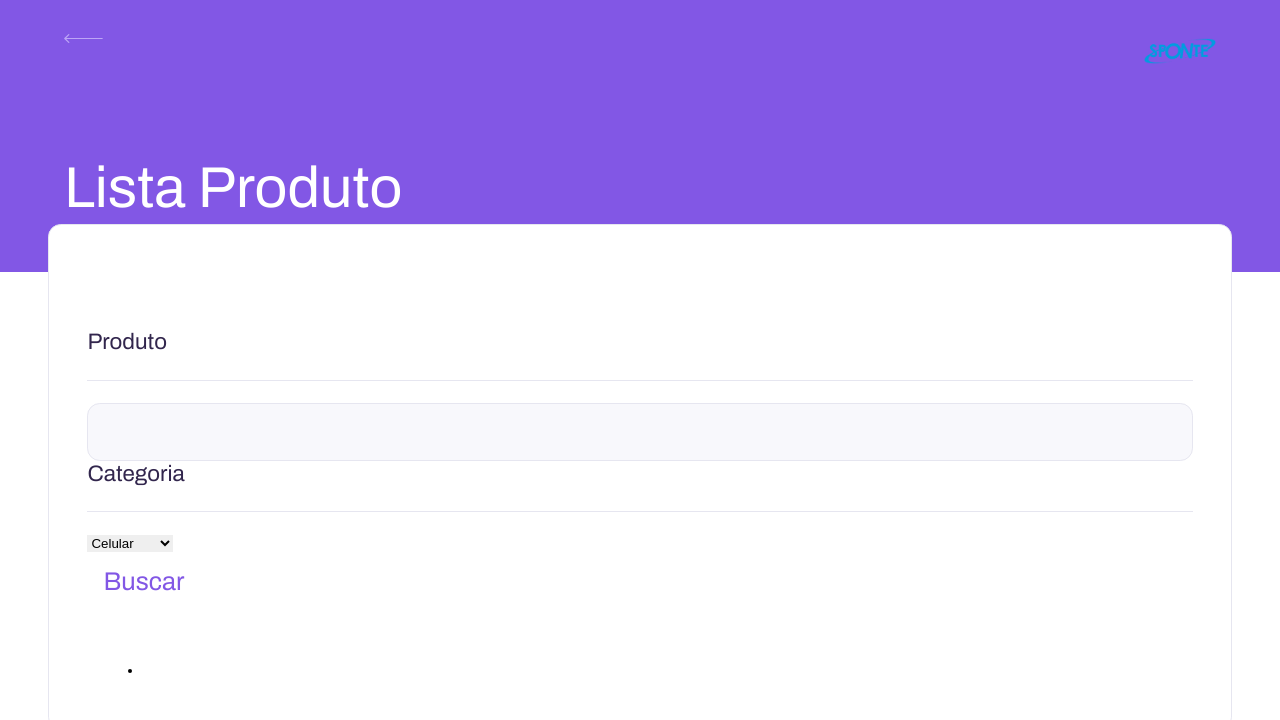
Repository: Henrique-Hoi-Dev/avalia-o-front-end
Page: /list (app in web/)
These files come from the project's save history. The page is drawn as it stood at one moment and after the next save; the edit follows.
The browser window is 1280 px wide. The pictures show the whole page.
An inner scrolling area shows only its first screen. The project was rebuilt for these pictures with package versions that can differ from the ones it lists, and the page was loaded fresh each time. Also part of the build but not shown: web/src/pages/Home/styles.js, web/src/pages/Home/index.js, web/src/pages/RegistrationProduct/styles.js, web/src/components/HeaderRecord/styles.js, web/src/components/HeaderRecord/index.js, web/src/pages/RegistrationProduct/index.js.

Above is the page before, as saved 2020-09-01 20:45:22.

After the next save:
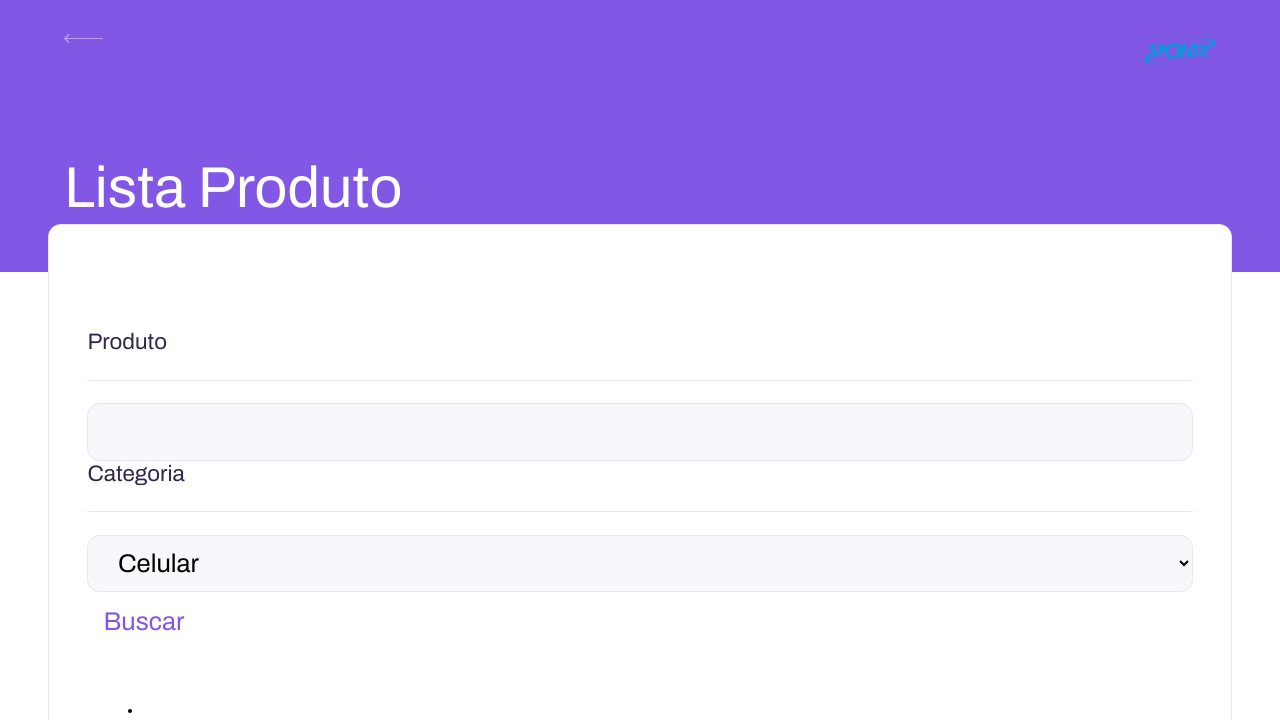
Saved 5 s later.
--- a/web/src/pages/ListProduct/styles.js
+++ b/web/src/pages/ListProduct/styles.js
@@ -16,7 +16,7 @@ export const Container = styled.div`
     overflow: hidden;
   }
 
-  <select name='' id='' > </select > {
+  select {
     width: 100%;
     height: 3.6rem;
     border-radius: 0.8rem;
